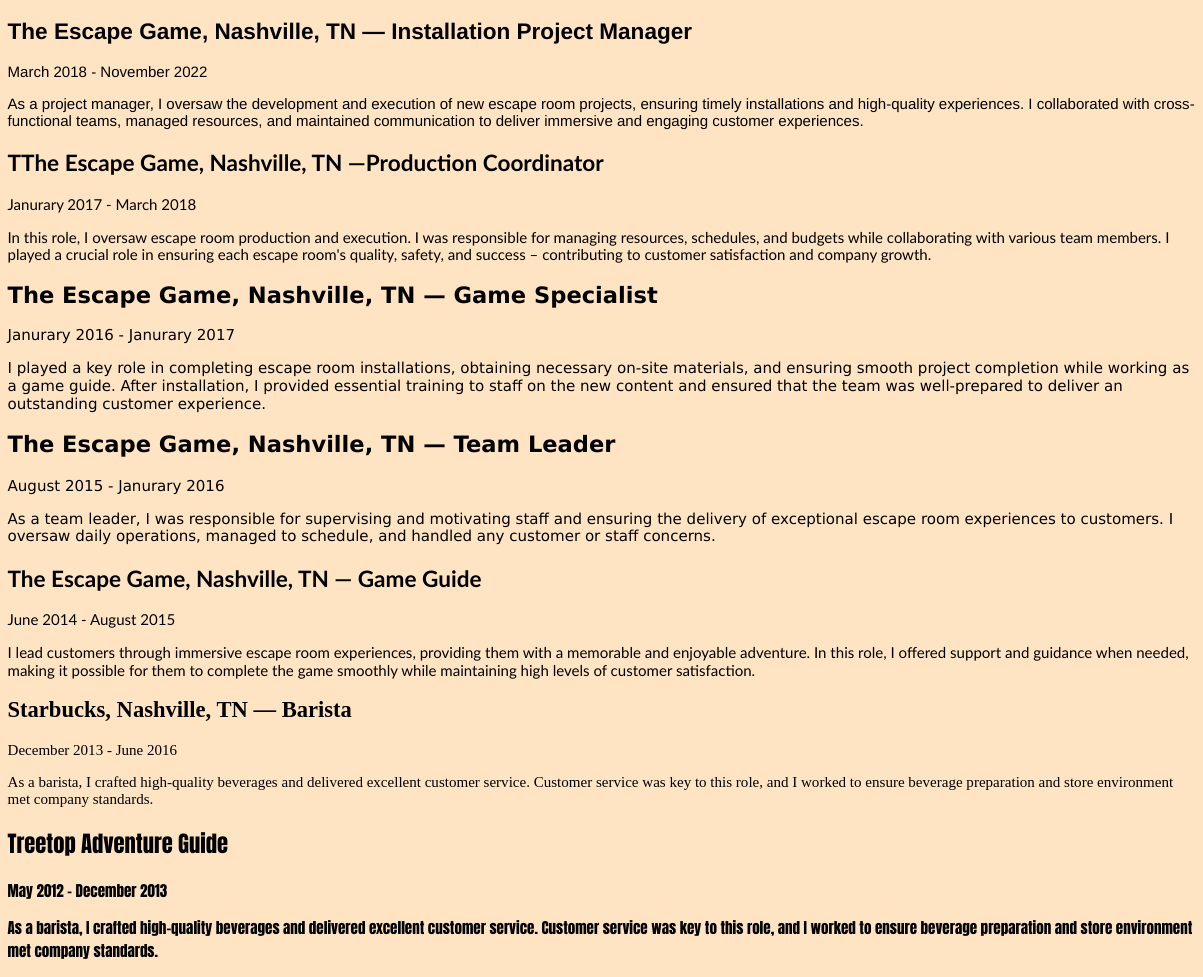
Repository: jgramirez0210/LAB-HTML-Resume
Page: index.html
The author's editor kept a copy of each file at every save. The page is drawn from the files as they stood at one save, then again after a run of saves.
The browser window is 1280 px wide. The pictures show the whole page, at 94% of full size.

Above is the page before, as saved 2023-10-10 15:28:48.

### index.html
<!DOCTYPE html>
<html lang="en">
<head>
  <meta charset="UTF-8">
  <meta name="viewport" content="width=device-width, initial-scale=1.0">
  <title>Jesse's Work Experience</title>
  <link rel="stylesheet" href="main.css">
</head>
<body>
  <article id="job7">
    <h2>The Escape Game, Nashville, TN — Installation Project Manager </h2>
    <time datetime="2018-03" >March 2018</time> - <time datetime="2022-10" >November 2022</time></time>
    <p>As a project manager, I oversaw the development and execution of new escape room projects, ensuring timely installations and high-quality experiences. I collaborated with cross-functional teams, managed resources, and maintained communication to deliver immersive and engaging customer experiences.</p>
  </article>
  <article id="job6">
    <h2>TThe Escape Game, Nashville, TN —Production Coordinator</h2>
    <time datetime="2017-01" >Janurary 2017</time> - <time datetime="2018-3" >March 2018</time></time>
    <p>In this role, I oversaw escape room production and execution. I was responsible for managing resources, schedules, and budgets while collaborating with various team members. I played a crucial role in ensuring each escape room's quality, safety, and success – contributing to customer satisfaction and company growth.
    </p>
  </article>
  <article id="job5">
    <h2>The Escape Game, Nashville, TN — Game Specialist</h2>
    <time datetime="2016-01" >Janurary 2016</time> - <time datetime="2017-01" >Janurary 2017</time></time>
    <p>I played a key role in completing escape room installations, obtaining necessary on-site materials, and ensuring smooth project completion while working as a game guide. After installation, I provided essential training to staff on the new content and ensured that the team was well-prepared to deliver an outstanding customer experience.
    </p>
  </article>
  <article id="job4">
    <h2>The Escape Game, Nashville, TN — Team Leader</h2>
    <time datetime="2015-0" >August 2015</time> - <time datetime="2016-01" >Janurary 2016</time></time>
    <p>As a team leader, I was responsible for supervising and motivating staff and ensuring the delivery of exceptional escape room experiences to customers. I oversaw daily operations, managed to schedule, and handled any customer or staff concerns.
    </p>
  </article>
  <article id="job3">
    <h2>The Escape Game, Nashville, TN — Game Guide</h2>
    <time datetime="2014-06" >June 2014</time> - <time datetime="2015-08" >August 2015</time></time>
    <p>I lead customers through immersive escape room experiences, providing them with a memorable and enjoyable adventure. In this role, I offered support and guidance when needed, making it possible for them to complete the game smoothly while maintaining high levels of customer satisfaction.
    </p>
  </article>
  <article id="job2">
    <h2>Starbucks, Nashville, TN — Barista</h2>
    <time datetime="2013-12" >December 2013</time> - <time datetime="2014-06" >June 2016</time></time>
    <p>As a barista, I crafted high-quality beverages and delivered excellent customer service. Customer service was key to this role, and I worked to ensure beverage preparation and store environment met company standards.
    </p>
  </article>
  <article id="job1">
    <h2>Treetop Adventure Guide</h2>
    <time datetime="2012-05" >May 2012</time> - <time datetime="2013-12" >December 2013</time></time>
    <p>As a barista, I crafted high-quality beverages and delivered excellent customer service. Customer service was key to this role, and I worked to ensure beverage preparation and store environment met company standards.
    </p>
  </article>
  <script src="main.js"></script>
</body>
</html>

### main.css
#job7 {
  font-family:'Franklin Gothic Medium', 'Arial Narrow', Arial, sans-serif;
}
#job6 {
  font-family:'Gill Sans', 'Gill Sans MT', Calibri, 'Trebuchet MS', sans-serif;
}
#job5 {
  font-family:'Lucida Sans', 'Lucida Sans Regular', 'Lucida Grande', 'Lucida Sans Unicode', Geneva, Verdana, sans-serif;
}
#job4 {
  font-family:Verdana, Geneva, Tahoma, sans-serif;
}
#job3 {
  font-family:'Trebuchet MS', 'Lucida Sans Unicode', 'Lucida Grande', 'Lucida Sans', Arial, sans-serif;
}
#job2 {
  font-family:'Times New Roman', Times, serif;
}
#job1 {
  font-family:Impact, Haettenschweiler, 'Arial Narrow Bold', sans-serif
}
h2 {
  color:#;
}
body {
background-color: bisque;
}

Loaded but not shown: main.js (no stored copy; drawn as an empty file)

After the next 2 saves:
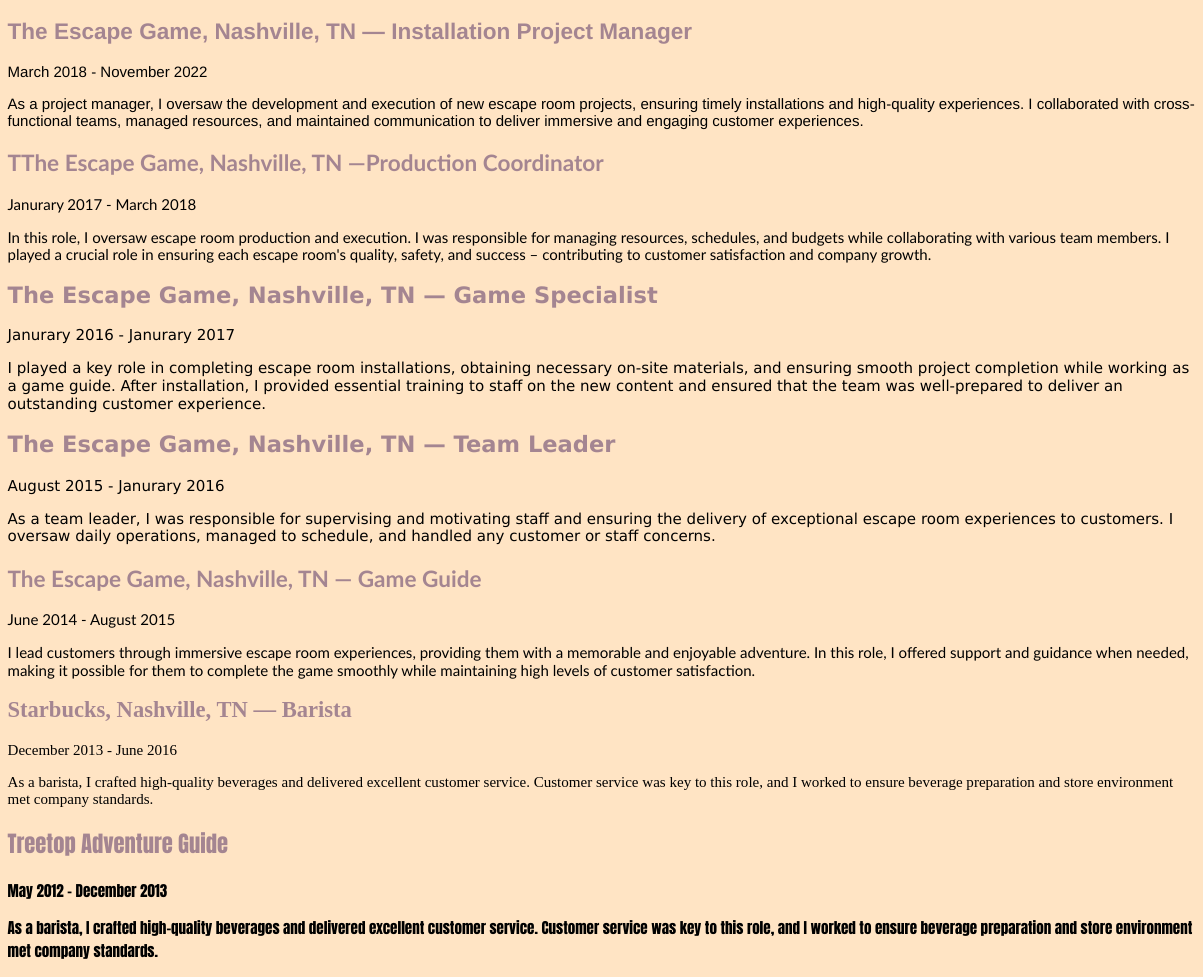
The 2 saves are shown as one change because they came seconds apart.
The last was saved 7 s later.
--- a/main.css
+++ b/main.css
@@ -20,7 +20,7 @@
   font-family:Impact, Haettenschweiler, 'Arial Narrow Bold', sans-serif
 }
 h2 {
-  color:#;
+  color:#5368;
 }
 body {
 background-color: bisque;
